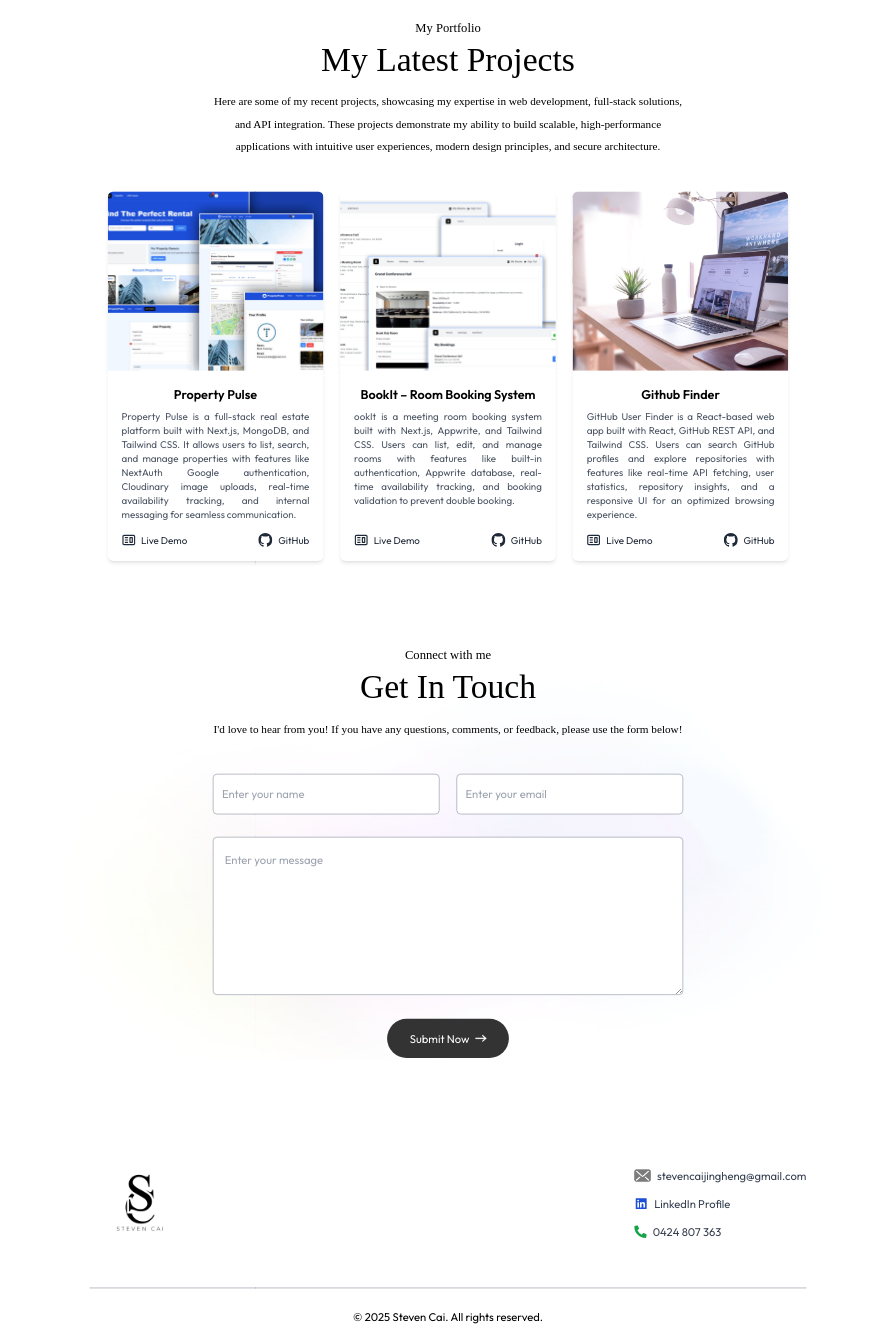
Repository: Steven4cai/profolio
Page: /
These files come from the project's save history. The page is drawn as it stood at one moment and after the next save; the edit follows.
The browser window is 1280 px wide. The pictures show the part of the page from y = 2369 to 4289 px (the page is 4289 px tall before and 4241 px after), at 70% of full size.
Some web fonts or font styles are not loaded; a fallback is used. The project was rebuilt for these pictures with package versions that can differ from the ones it lists, and the page was loaded fresh each time. The framework's server and built-in components were replaced by stand-ins that run in the browser. Also part of the build but not shown: next.config.mjs.

Above is the page before, as saved 2025-02-09 14:22:28.

### app/layout.js
import {Outfit,Ovo} from "next/font/google";
import "./globals.css";

const outfit = Outfit({
  subsets: ["latin"],weight:["400","500","600","700"]
});

const ovo = Ovo({
  subsets: ["latin"],weight:["400"]
});

export const metadata = {
  title: "Profolio - Steven",
  description: "",
};

export default function RootLayout({ children }) {
  return (
    <html lang="en" className="scroll-smooth ">
      <body className={`${outfit.className} ${ovo.className} antialiased leading-8 overflow-x-hidden
      dark:bg-darkTheme dark:text-white`}>
        <main>{children}</main>
      </body>
    </html>
  );
}

### components/About.jsx
import Image from 'next/image'
import React from 'react'
import {assets, infoList, toolsData} from '@/assets/assets'


const About = ({isDark}) => {
  return (
    <div id='about' className='w-full px-[12%] py-10 scroll-mt-20'>
      <h4 className='text-center mb-2 text-lg font-Ovo'>Introduction</h4>
      <h2 className='text-center text-5xl font-Ovo'>About Me</h2>

    <div className='flex w-full flex-col lg:flex-row items-center gap-20 my-20'>
        <div className='w-64 sm:w-80 rounded-3xl max-w-none'>
            <Image src={assets.user_image} alt='user'
            className='w-full rounded-3xl'/>
        </div>
        <div className='flex-1'>
            <p className='mb-10 max-w-2xl font-Ovo'>
            I am a web developer with a background in IT and software
         engineering. I specialize in building scalable and efficient web
          applications, focusing on clean code, performance optimization,
          and user experience. Skilled in both front-end and back-end
          technologies, I am always eager to learn and apply new solutions.
            </p>
            <ul className='grid grid-cols-1 sm:grid-cols-3 gap-6 max-w-2xl'>
                {infoList.map((info,index) => (
                    <li
                    className='border-[0.5px] border-gray-400 rounded-xl p-6
                    cursor-pointer hover:bg-lightHover hover:-translate-y-1 duration-500
                    hover:shadow-black
                    dark:border-white dark:hovr:shadow-white dark:hover:bg-darkHover/50'
                    key={index}>
                        <Image src={isDark ? info.iconDark : info.icon} alt={info.title} className='w-7 mt-3'/>
                        <h3 className='my-4 font-semiblod text-gray-700 dark:text-white'>{info.title}</h3>
                        <p className='text-gray-600 text-sm dark:text-white/80'>{info.description}</p>
                    </li>
                ))}
            </ul>

            <h4 className='my-6 text-gray-700 font-Ovo dark:text-white/80'>Tools I use</h4>


                <ul className='flex items-center gap-3 sm:gap-5'>
                    {toolsData.map((tool,index) => (
                        <li className=
                        'flex items-center justify-center w-12 sm:w-14 aspect-square border border-gray-400 rounded-lg cursor-pointer hover:-translate-y-1 duration-500'
                         key={index}>
                            <Image src={tool} alt='Tool' className='w-5 sm:w-7' />
                        </li>
                    ))}
                </ul>
        </div>
    </div>

    </div>
  )
}

export default About

### components/Header.jsx
import React from 'react'
import Image from 'next/image'
import {assets} from '@/assets/assets'

const Header = () => {
  return (
    <div className=
    'w-11/12 max-w-3xl text-center mx-auto h-screen flex flex-col items-center justify-center gap-4'>
      <div>
        <Image src={assets.profile_img} alt='' className='rounded-full w-32'/>
      </div>
      <h3 className='flex items-end gap-2 text-xl md:text-2xl mb-3 font-Ovo'>Hi! I'm Steven Cai <Image src={assets.hand_icon} alt='' className='w-6'/></h3>
        <h1 className='text-3xl sm:text-6xl lg:text-[66px] font-Ovo'>Frontend web developer based in Sydney</h1>
        <p className='max-w-2xl mx-auto font-Ovo'>
          Web developer with a strong foundation in software engineering,
           specializing in building efficient, scalable, and user-friendly
            applications.
        </p>
        <div className=
        'flex flex-col sm:flex-row items-center gap-4 mt-4'>
            <a href="#contact"
             className='px-10 py-3 border rounded-full bg-black text-white flex items-center gap-2
             dark:bg-transparent'>
                Contact me  <Image src={assets.right_arrow_white} alt='' className='w-4'/></a>
            <a href="/Steven_Cai_ITResume.pdf" download
            className='px-10 py-3 border rounded-full border-gray-500 flex items-center gap-2
            bg-white dark:text-black'
            >My resume  <Image src={assets.download_icon} alt='' className='w-4'/></a>

        </div>


    </div>
  )
}

export default Header

### components/Navbar.jsx
'use client'

import Image from 'next/image'
import React, { useEffect, useState } from 'react'
import {assets} from '@/assets/assets'

const Navbar = ({isDark,setIsDark}) => {
    const [isScroll, setIsScrool] = useState(false)

    const [isMenuOpen, setIsMenuOpen] = useState(false);

    const openMenu = () => {
        setIsMenuOpen(true);
    };

    const closeMenu = () => {
        setIsMenuOpen(false);
    };

    useEffect(()=>{
        window.addEventListener('scroll',()=>{
            if(scrollY > 50){
                setIsScrool(true)
            }else{
                setIsScrool(false)
            }
        })
    } ,[])

    return (
        <>
            <div className='fixed top-0 right-0 w-11/12 -z-10 translate-y-[-80%] dark:hidden'>
                <Image src={assets.header_bg_color} alt='' className='w-full' />
            </div>

            <nav className={`w-full fixed px-5 lg:px-8 xl:px-[8%] py-4 flex
                items-center justify-between z-50 ${isScroll
                ? 'bg-white bg-opacity-50 backdrop-blur-lg shadow-sm dark:bg-darkTheme dark:shadow-white/20'
                : ''}`}>
                <a href="#top">
                    <Image alt='logo' className='w-28 cursor-pointer mr-14 bg-white rounded-full' src={assets.logo} />
                </a>

                <ul className={`hidden md:flex items-center gap-6
                    lg:gap-8 rounded-full px-12 py-3
                    ${isScroll ?'' : 'bg-white shadow-sm bg-opacity-50 dark:border dark:border-white/50 dark:bg-transparent'}`}>
                    <li><a className='font-Ovo' href="#top">Home</a></li>
                    <li><a className='font-Ovo' href="#about">About me</a></li>
                    <li><a className='font-Ovo' href="#services">Services</a></li>
                    <li><a className='font-Ovo' href="#work">My Work</a></li>
                    <li><a className='font-Ovo' href="#contact">Contact me</a></li>
                </ul>

                <div className='flex items-center gap-4'>

                    <button onClick={() => setIsDark(prev => !prev)}>
                        <Image src={isDark ? assets.sun_icon : assets.moon_icon} alt='' className='w-6' />
                    </button>

                    <a href='/contact' className='hidden lg:flex items-center gap-3 px-10 py-2.5
                    border border-gray-500 rounded-full ml-4 font-Ovo
                    dark:border-white/50'>
                        Contact <Image className='w-3' src={isDark ?assets.arrow_icon_dark :assets.arrow_icon} alt='arrowicon' />
                    </a>

                    {/* Menu Button for Mobile */}
                    <button className='block md:hidden ml-3' onClick={openMenu}>
                        <Image src={isDark ?assets.menu_white :assets.menu_black} alt='' className='w-6' />
                    </button>
                </div>

                {/* Mobile Menu */}
                <ul className={`flex flex-col gap-4 py-20 px-10
                fixed -right-0 top-0 bottom-0 w-64 z-50 h-screen bg-rose-50
                transition duration-500' dark:bg-darkHover dark:text-white
                ${isMenuOpen ? 'translate-x-0' : 'translate-x-[16rem]'} md:hidden`}>
                    {/* Close Button */}
                    <div className='absolute right-6 top-6' onClick={closeMenu}>
                        <Image src={isDark ?assets.close_white :assets.close_black} alt='' className='w-5 cursor-pointer' />
                    </div>

                    <li><a onClick={closeMenu} className='font-Ovo' href="#top">Home</a></li>
                    <li><a onClick={closeMenu} className='font-Ovo' href="#about">About me</a></li>
                    <li><a onClick={closeMenu} className='font-Ovo' href="#services">Services</a></li>
                    <li><a onClick={closeMenu} className='font-Ovo' href="#work">My Work</a></li>
                    <li><a onClick={closeMenu} className='font-Ovo' href="#contact">Contact me</a></li>
                </ul>
            </nav>
        </>
    )
}

export default Navbar;

### components/Services.jsx
import React from "react";
import { TbWorld } from "react-icons/tb";
import { RiStackFill } from "react-icons/ri";
import { AiOutlineApi } from "react-icons/ai";
import { MdSecurity } from "react-icons/md";

export const serviceData = [
  { icon: <TbWorld className="text-4xl text-gray-700 dark:text-white" />, title: 'Frontend Development', description: 'Building modern, responsive, and interactive web applications using React.js, Next.js, and Tailwind CSS to ensure seamless user experience.', link: '' },
  { icon: <RiStackFill className="text-4xl text-gray-700 dark:text-white" />, title: 'Full-Stack Development', description: 'Developing scalable web applications with Next.js, Appwrite, MongoDB, and Firebase, handling both frontend and backend efficiently.', link: '' },
  { icon: <AiOutlineApi className="text-4xl text-gray-700 dark:text-white" />, title: 'API Development & Integration', description: 'Creating and integrating RESTful APIs to enable smooth data communication between systems, ensuring high performance and security.', link: '' },
  { icon: <MdSecurity className="text-4xl text-gray-700 dark:text-white" />, title: 'Authentication & Security', description: 'Implementing secure authentication using NextAuth.js, OAuth, JWT, and Firebase Auth, ensuring data protection and user privacy.', link: '' },
];

const Services = () => {
  return (
    <div id='services' className='w-full px-[12%] py-10 scroll-mt-20'>
      <h4 className='text-center mb-2 text-lg font-Ovo'>What I offer</h4>
      <h2 className='text-center text-5xl font-Ovo'>My Services</h2>

      <p className='text-center max-w-2xl mx-auto mt-5 mb-12 font-Ovo'>
        I design and develop modern, high-performance web applications with
        a focus on efficiency, scalability, and seamless user experience. Whether
        it’s front-end UI/UX, full-stack solutions, or API integrations,
        I build robust and maintainable systems tailored to business needs.
      </p>

      <div className='grid grid-cols-1 sm:grid-cols-2 md:grid-cols-4 gap-6 my-10'>
        {serviceData.map(({ icon, title, description, link }, index) => (
          <div
            className='border border-gray-400 rounded-lg px-8 py-10 flex flex-col items-center text-center
              hover:shadow-black cursor-pointer hover:bg-lightHover hover:-translate-y-1 duration-500
              dark:hover:bg-darkHover dark:hover:shadow-white'
            key={index}
          >
            {icon}
            <h3 className='text-lg my-4 text-gray-700 dark:text-white'>{title}</h3>
            <p className='text-sm text-gray-600 leading-5 dark:text-white/80'>{description}</p>
          </div>
        ))}
      </div>
    </div>
  );
};

export default Services;

### components/Work.jsx
import { assets, workData } from '@/assets/assets';
import React from 'react';
import Image from 'next/image';
import Link from 'next/link';
import { BsGithub } from 'react-icons/bs';
import { CgWebsite } from 'react-icons/cg';

const Work = ({ isDark }) => {
  return (
    <div id="work" className="w-full px-[12%] py-10 scroll-mt-20">
      <h4 className="text-center mb-2 text-lg font-Ovo">My Portfolio</h4>
      <h2 className="text-center text-5xl font-Ovo">My Latest Projects</h2>

      <p className="text-center max-w-2xl mx-auto mt-5 mb-12 font-Ovo">
      Here are some of my recent projects, showcasing my expertise in web
       development, full-stack solutions, and API integration. These projects
        demonstrate my ability to build scalable, high-performance applications
         with intuitive user experiences, modern design principles, and secure
         architecture.
      </p>

      <div className="grid grid-cols-1 sm:grid-cols-2 md:grid-cols-3 gap-6 my-10">
  {workData.map((work, index) => (
    <div
      key={index}
      className="flex flex-col bg-white dark:bg-gray-900 rounded-lg shadow-md overflow-hidden group cursor-pointer"
    >
      {/* 背景图片部分 */}
      <div
        className="h-64 bg-cover bg-center transition-transform duration-500 group-hover:scale-105"
        style={{ backgroundImage: `url(${work.bgImage})` }}
      ></div>

      {/* 文字部分 */}
      <div
        className="p-5 w-full flex flex-col flex-grow transition-all duration-500 group-hover:-translate-y-2"
      >
        <h2 className="font-semibold text-lg dark:text-white text-center">
          {work.title}
        </h2>
        <p className="text-sm text-gray-600 dark:text-gray-300 mt-2 text-justify flex-grow">
          {work.description}
        </p>

        {/* 按钮部分 */}
        <div className="mt-4 flex justify-between items-center">
          <Link
            href={work.website}
            target="_blank"
            className="flex items-center gap-2 text-sm text-gray-800 dark:text-white hover:text-blue-500 transition-colors"
          >
            <CgWebsite className="text-xl" /> Live Demo
          </Link>

          <Link
            href={work.github}
            target="_blank"
            className="flex items-center gap-2 text-sm text-gray-800 dark:text-white hover:text-gray-600 transition-colors"
          >
            <BsGithub className="text-xl" /> GitHub
          </Link>
        </div>
      </div>
    </div>
  ))}
</div>

    </div>
  );
};

export default Work;

### components/Contact.jsx
'use client'
import { assets } from '@/assets/assets'
import React,{ useState } from 'react'
import Image from 'next/image'
const Contact = () => {

    const [result, setResult] = React.useState("");

  const onSubmit = async (event) => {
    event.preventDefault();
    setResult("Sending....");
    const formData = new FormData(event.target);

    formData.append("access_key", "d1d257f8-3b83-45d6-8d1c-4f4ca340e588");

    const response = await fetch("https://api.web3forms.com/submit", {
      method: "POST",
      body: formData
    });

    const data = await response.json();

    if (data.success) {
      setResult("Form Submitted Successfully");
      event.target.reset();
    } else {
      console.log("Error", data);
      setResult(data.message);
    }
  };


  return (
    <div id='contact' className='w-full px-[12%] py-10 scroll-mt-20 bg-[url("/footer-bg-color.png")] bg-no-repeat
    bg-center bg-[length:90%_auto] dark:bg-none'>
        <h4 className='text-center mb-2 text-lg font-Ovo'>Connect with me</h4>
        <h2 className='text-center text-5xl font-Ovo'>Get In Touch</h2>

        <p className='text-center max-w-2xl mx-auto mt-5 mb-12 font-Ovo'>
       I'd love to hear from you! If you have any questions, comments, or feedback, please use the form below!
        </p>

        <form onSubmit={onSubmit} className='max-w-2xl mx-auto'>
            <div className='grid grid-cols-auto gap-6 mt-10 mb-8'>
                <input
                className='flex-1 p-3 outline-none border-[0.5px] border-gray-400 rounded-md bg-white
                dark:bg-darkHover/30 dark:border-white/90'
                type="text" placeholder='Enter your name' required name="name" />
                <input
                className='flex-1 p-3 outline-none border-[0.5px] border-gray-400 rounded-md bg-white
                dark:bg-darkHover/30 dark:border-white/90'
                type="email" placeholder='Enter your email' required name="email" />
            </div>
            <textarea
            className='w-full p-4 outline-none border-[0.5px] border-gray-400 rounded-md bg-white mb-6
            dark:bg-darkHover/30 dark:border-white/90'
            rows={6} placeholder='Enter your message'  name="message" required></textarea>
            <button
            className='py-3 px-8 w-max flex items-center justify-between gap-2 bg-black/80 text-white rounded-full
            mx-auto hover:bg-black duration-500 dark:bg-transparent dark:border-[0.5px] dark:hover:bg-darkHover'
            type='submit'>
                Submit Now <Image src={assets.right_arrow_white} alt='' className='w-4'/>
            </button>

            <p className='mt-4'>{result}</p>
        </form>
    </div>
  )
}

export default Contact

### components/Footer.jsx
import Image from 'next/image'
import React from 'react'
import { assets } from '@/assets/assets'
import { FaPhoneAlt } from "react-icons/fa";
import { AiFillLinkedin } from "react-icons/ai";

const Footer = ({ isDark }) => {
  const currentYear = new Date().getFullYear();

  return (
    <div className='mt-20'>
      <div className='flex flex-col sm:flex-row items-center justify-between text-center mx-[10%]'>
        {/* Logo 部分 */}
        <Image src={assets.logo} alt='' className='w-36 bg-white rounded-full' />

        {/* 右侧信息部分 (邮件, LinkedIn, 电话) */}
        <div className='flex flex-col items-center sm:items-start mt-5 sm:mt-0 space-y-2'>

          {/* 邮件 */}
          <div className='flex items-center gap-2'>
            <Image src={isDark ? assets.mail_icon_dark : assets.mail_icon} alt='' className='w-6' />
            <span className="text-gray-700 dark:text-white">stevencaijingheng@gmail.com</span>
          </div>

          {/* LinkedIn */}
          <div className='flex items-center gap-2'>
            <AiFillLinkedin className='text-blue-700 dark:text-blue-400 text-xl' />
            <a href="https://www.linkedin.com/in/jingheng-cai-630177280/" target="_blank" rel="noopener noreferrer"
              className="text-gray-700 dark:text-white hover:text-blue-500 transition">
              LinkedIn Profile
            </a>
          </div>

          {/* 电话 */}
          <div className='flex items-center gap-2'>
            <FaPhoneAlt className='text-green-600 text-lg' />
            <span className="text-gray-700 dark:text-white">0424 807 363</span>
          </div>

        </div>
      </div>

      {/* 底部版权信息 */}
      <div className='text-center border-t border-gray-400 mx-[10%] mt-12 py-6'>
        <p>&copy; {currentYear} Steven Cai. All rights reserved.</p>
      </div>
    </div>
  )
}

export default Footer

### tailwind.config.mjs
/** @type {import('tailwindcss').Config} */
export default {
  content: [
    "./pages/**/*.{js,ts,jsx,tsx,mdx}",
    "./components/**/*.{js,ts,jsx,tsx,mdx}",
    "./app/**/*.{js,ts,jsx,tsx,mdx}",
  ],
  theme: {
    extend: {
      colors: {
        lightHover: '#fcf4ff',
        darkHover: '#2a004a',
        darkTheme: '#11001F'
      },
      fontFamily:{
        Outfit:["Outfit", "sans-serif"],
        Ovo: ["Ovo", "serif"]
      },
      boxShadow:{
        'black': '4px 4px 0 #000',
        'white': '4px 4px 0 #fff',
      },
      gridTemplateColumns:{
        'auto':'repeat(auto-fit,minmax(200px,1fr))'
      }
    },
  },
  darkMode: 'selector',
  plugins: [],
};

Loaded but not shown: app/globals.css (common file); assets/assets.js (123 lines, source omitted); app/page.js (42 lines, source omitted)

After the next save:
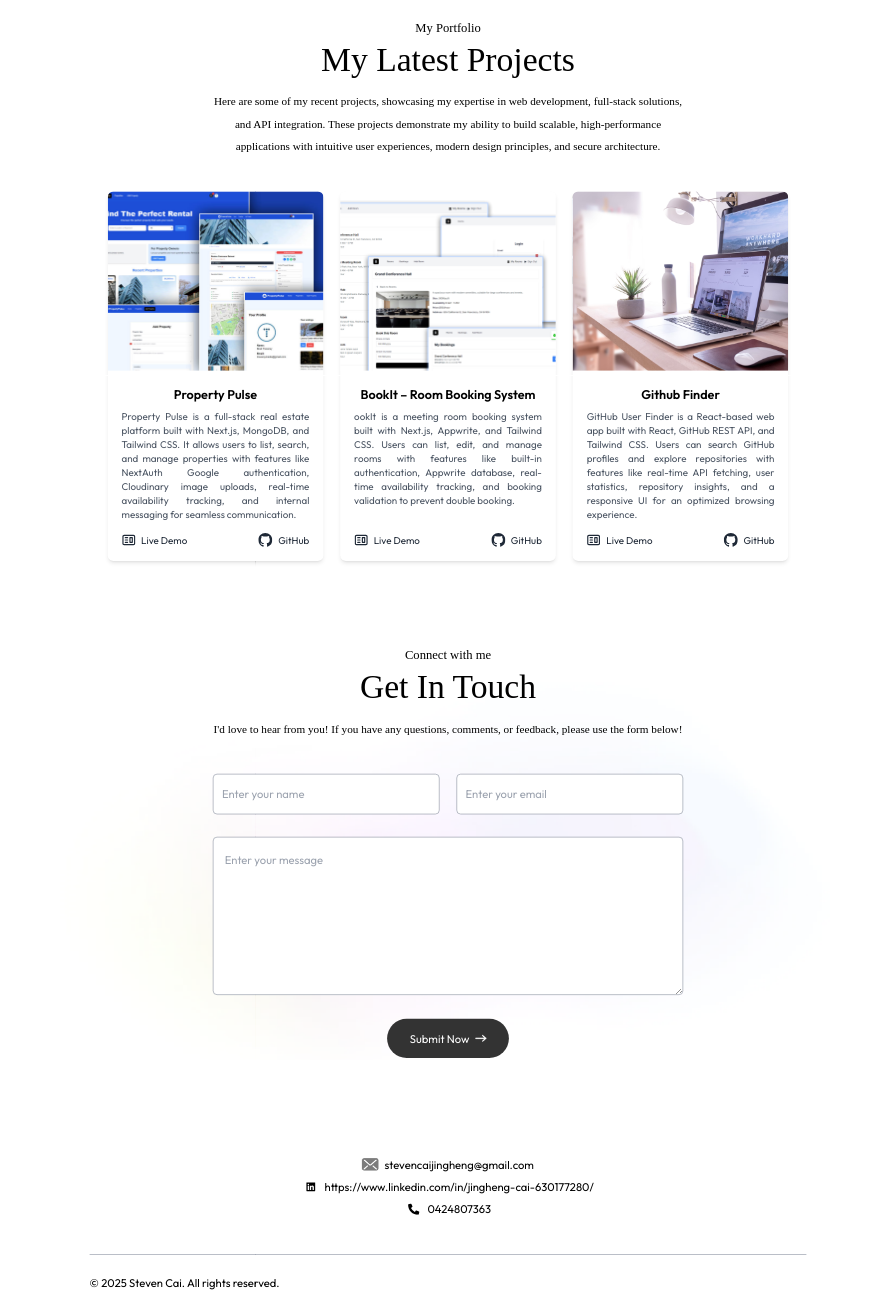
Saved 44 s later.
--- a/components/Footer.jsx
+++ b/components/Footer.jsx
@@ -2,47 +2,38 @@ import Image from 'next/image'
 import React from 'react'
 import { assets } from '@/assets/assets'
 import { FaPhoneAlt } from "react-icons/fa";
+
 import { AiFillLinkedin } from "react-icons/ai";
 
-const Footer = ({ isDark }) => {
-  const currentYear = new Date().getFullYear();
+
+
+const Footer = ({isDark}) => {
+    const currentYear = new Date().getFullYear();
 
   return (
     <div className='mt-20'>
-      <div className='flex flex-col sm:flex-row items-center justify-between text-center mx-[10%]'>
-        {/* Logo 部分 */}
-        <Image src={assets.logo} alt='' className='w-36 bg-white rounded-full' />
+      <div className='text-center'>
+        <div className='flex w-max items-center gap-2 mx-auto'>
+            <Image src={isDark ?assets.mail_icon_dark : assets.mail_icon} alt='' className='w-6'/>
+            stevencaijingheng@gmail.com
+        </div>
 
-        {/* 右侧信息部分 (邮件, LinkedIn, 电话) */}
-        <div className='flex flex-col items-center sm:items-start mt-5 sm:mt-0 space-y-2'>
+        <div className='flex w-max items-center gap-2 mx-auto'>
+            <AiFillLinkedin className='w-6'/>
+            https://www.linkedin.com/in/jingheng-cai-630177280/
+        </div>
 
-          {/* 邮件 */}
-          <div className='flex items-center gap-2'>
-            <Image src={isDark ? assets.mail_icon_dark : assets.mail_icon} alt='' className='w-6' />
-            <span className="text-gray-700 dark:text-white">stevencaijingheng@gmail.com</span>
-          </div>
-
-          {/* LinkedIn */}
-          <div className='flex items-center gap-2'>
-            <AiFillLinkedin className='text-blue-700 dark:text-blue-400 text-xl' />
-            <a href="https://www.linkedin.com/in/jingheng-cai-630177280/" target="_blank" rel="noopener noreferrer"
-              className="text-gray-700 dark:text-white hover:text-blue-500 transition">
-              LinkedIn Profile
-            </a>
-          </div>
-
-          {/* 电话 */}
-          <div className='flex items-center gap-2'>
-            <FaPhoneAlt className='text-green-600 text-lg' />
-            <span className="text-gray-700 dark:text-white">0424 807 363</span>
-          </div>
-
+        <div className='flex w-max items-center gap-2 mx-auto'>
+            <FaPhoneAlt className='w-6'/>
+            0424807363
         </div>
       </div>
+      <div className=
+      'text-center sm:flex items-center justify-between border-t border-gray-400 mx-[10%] mt-12 py-6'>
+        <p>
+            &copy; {currentYear} Steven Cai. All rights reserved.
+        </p>
 
-      {/* 底部版权信息 */}
-      <div className='text-center border-t border-gray-400 mx-[10%] mt-12 py-6'>
-        <p>&copy; {currentYear} Steven Cai. All rights reserved.</p>
       </div>
     </div>
   )
